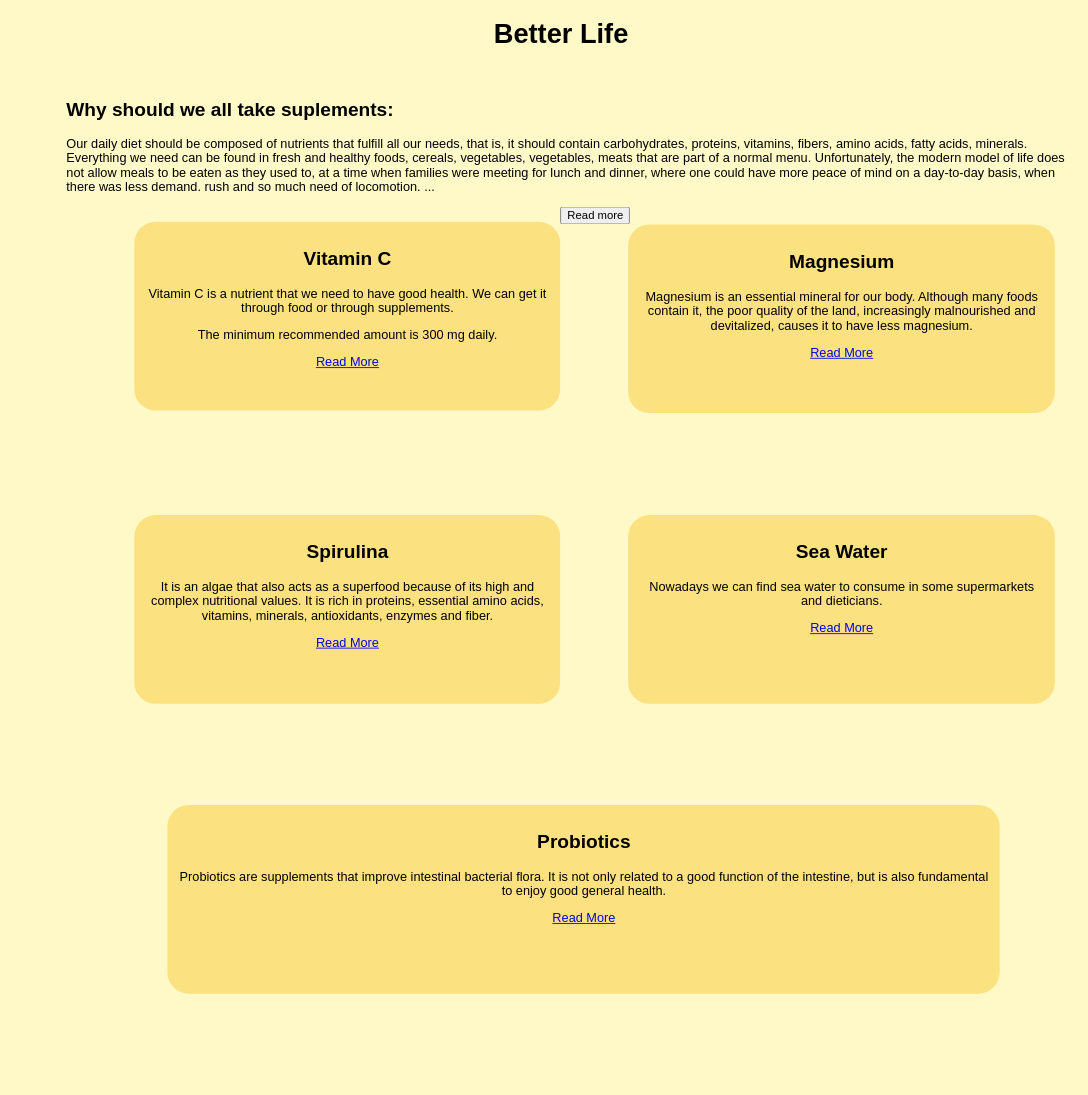
Repository: DSerenoG/Assessment2
Page: index.html
The author's editor kept a record of every edit. The page is drawn from the files as they stood at one moment, then again after the next edit.
The browser window is 1280 px wide. The pictures show the whole page, at 85% of full size.

Above is the page before.

### index.html
<!DOCTYPE html>
<html lang="en">
<head>
    <meta charset="UTF-8">
    <meta name="viewport" content="width=device-width, initial-scale=1.0">
    <meta http-equiv="X-UA-Compatible" content="ie=edge">
    <link rel="stylesheet" href="css/main.css" type="text/css" />
    <title>Document</title>
</head>
<body>


    <div id = "head">
        <ul>
             <h1>Better Life</h1>
        </ul>
    </div>

    <div id ="main_section">

        <reason style="width:40%">
            <h2>Why should we all take suplements: </h2>
            <p>Our daily diet should be composed of nutrients that fulfill all our needs, that is, it should contain carbohydrates, proteins, vitamins, fibers, amino acids, fatty acids, minerals. Everything we need can be found in fresh and healthy foods, cereals, vegetables, vegetables, meats that are part of a normal menu.
            Unfortunately, the modern model of life does not allow meals to be eaten as they used to, at a time when families were meeting for lunch and dinner, where one could have more peace of mind on a day-to-day basis, when there was less demand. rush and so much need of locomotion. <span id="dots">...</span><span id="more">
            That's where the supplements come in. Supplements are nothing more than complements of the nutrients we need, but produced chemically, so that we have in our bodies what normal food could provide us.
            Some supplements, by the way, have even more components than traditional foods, which makes it possible for us to adapt better to a diet of weight loss for example.
             </span></p>
            <button onclick="myFunction()" id="myBtn">Read more</button>
        </reason>

        <suplement1  id="b1">
            <h2>Vitamin C</h2>
            <p>Vitamin C is a nutrient that we need to have good health. We can get it through food or through supplements.</p>
            <p>The minimum recommended amount is 300 mg daily.</p>
            <a href="suplement_1.html">Read More</a>
        </suplement1>

        <suplement2  id="boxes">
            <h2>Magnesium</h2>
            <p>Magnesium is an essential mineral for our body. Although many foods contain it, the poor quality of the land, increasingly malnourished and devitalized, causes it to have less magnesium.</p>
            <a href="suplement_2.html">Read More</a>

        </suplement2>

        <suplement3  id="boxes">
            <h2>Spirulina</h2>
            <p>It is an algae that also acts as a superfood because of its high and complex nutritional values. It is rich in proteins, essential amino acids, vitamins, minerals, antioxidants, enzymes and fiber.</p>
             <a href="suplement_3.html">Read More</a>
        </suplement3>

        <suplement4 id="boxes">
            <h2>Sea Water</h2>
            <p>Nowadays we can find sea water to consume in some supermarkets and dieticians. </p>
            <a href="suplement_4.html">Read More</a>
        </suplement4>

        <suplement5 style="width:80%" >
            <h2>Probiotics</h2>
            <p>Probiotics are supplements that improve intestinal bacterial flora. It is not only related to a good function of the intestine, but is also fundamental to enjoy good general health.</p>
            <a href="suplement_5.html">Read More</a>
        </suplement5>



        <script type="text/javascript">
        function myFunction() {
          var dots = document.getElementById("dots");
          var moreText = document.getElementById("more");
          var btnText = document.getElementById("myBtn");

          if (dots.style.display === "none") {
            dots.style.display = "inline";
            btnText.innerHTML = "Read more";
            moreText.style.display = "none";
          } else {
            dots.style.display = "none";
            btnText.innerHTML = "Read less";
            moreText.style.display = "inline";
          }
        }
        </script>

    </div>
</body>
</html>

### css/main.css
#head{
    text-align: center;
    margin-bottom: 1%;
    font-family: arial;
}

body{
    background-color:#FEF9C7;
}

#main_section{
    font-size: 15px;
    font-family: arial;
    margin-left: 70px;
}

reason{
    margin-bottom: 3%;
    padding: 1%;
}


suplement5{
    margin: auto;
    padding:1%;
    text-align: center;
    font-size: 15px;
    float: left;
    margin-left: 10%;
    margin-right: -50%;
    margin-bottom: 10%;
    background-color:#FCE181;
    height: 25ex;
    font-family: arial;
     border-radius:25px;
}

#boxes{
    width: 40%;
    background-color:#FCE181;
    padding: 1%;
    text-align:center;
    font-size: 15px;
    float: left;
    margin-left: 80px;
    margin-bottom: 10%;
    height: 25ex;
    font-family: arial;
    border-radius:25px;

}

#b1{
    width: 40%;
    background-color:#FCE181;
    padding: 1%;
    text-align:center;
    font-size: 15px;
    float: left;

    margin-top: 1.5%;
    margin-left: 80px;
    margin-bottom: 10%;
    height: 25ex;
    font-family: arial;
    border-radius:25px;

}

#d1{
   width:90%;
    background-color:#FCE181;
    padding: 1%;
    text-align:center;
    font-size: 15px;
    float: left;
    margin-left: 3%;
    margin-bottom: 10%;
    height: auto;
    font-family: arial;
    border-radius:25px;
}

#text{
    width: 500px;
    margin:0px;
    display: inline-block;
    float:left;
}

#image{
    float:right;
    margin-right: 270px;
    margin-top: 80px;

}

#more {display: none;}


#p{
    padding-top: 300px;
    float: left;
    margin-left: 5%;
}

After the next edit:
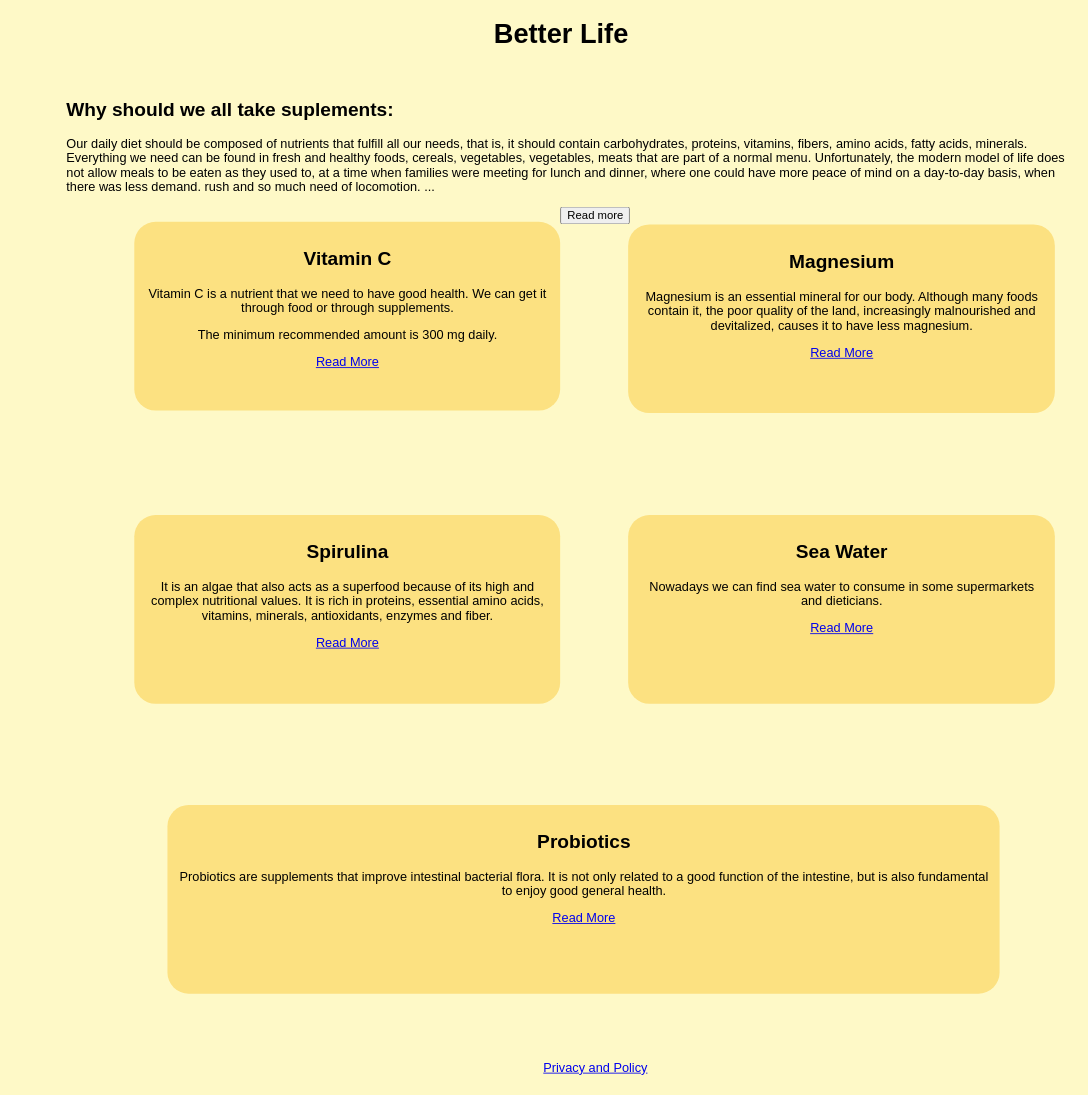
The edit:
--- a/index.html
+++ b/index.html
@@ -80,6 +80,10 @@
         }
         </script>
 
+        <privacy id="p">
+              <a href="privacy.html">Privacy and Policy</a>
+        </privacy>
+
     </div>
 </body>
 </html>
